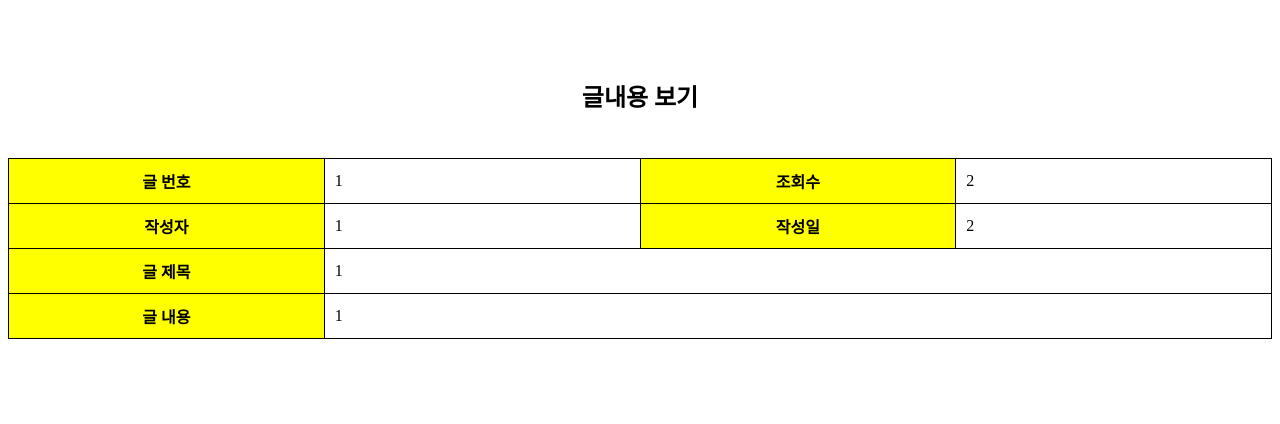
Repository: dlswn666/SpringStudy
Page: http://localhost/boardMVC/WEB-INF/jsp/board/context.jsp
An editor plug-in stored every save of this project. The page is shown before and after the next save, followed by the edit.
The browser window is 1280 px wide. The pictures show the whole page.
The page is served by Tomcat 9. Nobody is signed in. Other server files are loaded and not shown. The template is opened directly, without the code that normally fills it, so the values that code supplies are empty.

Above is the page before, as saved 2021-02-28 06:04:43.

### boardMVC/WebContent/WEB-INF/jsp/board/context.jsp
<%@ page language="java" contentType="text/html; charset=UTF-8"
    pageEncoding="UTF-8"%>
<!DOCTYPE html>
<html>
<head>
<meta charset="UTF-8">
<title>Insert title here</title>
<style type="text/css">
	.readInfo{
		padding-top : 50px;
		height: 100px;
		width : 200px;
	}

	table {
		border: 1px solid black;
		width: 100%;
		 border-collapse: collapse;
	}
	th{
		border: 1px solid black;
		background-color: yellow;
		width: 25%;
		 padding: 10px;
	}
	td{
		border: 1px solid black;
		width: 25%;
		 padding: 10px;
	}
</style>

</head>
<body>
	<div align="center">
		<div class="readInfo">
			<h2> 글내용 보기</h2>
		</div>
		<table boarder="1px" >
			<tr>
				<th>글 번호</th>
				<td><%=1 %></td>
				<th>조회수</th>
				<td><%=2 %></td>
			</tr>
			<tr>
				<th>작성자</th>
				<td><%=1 %></td>
				<th>작성일</th>
				<td><%=2 %></td>
			</tr>
			<tr>
				<th>글 제목</th>
				<td colspan="3">1</td>
			</tr>
			<tr>
				<th>글 내용</th>
				<td colspan="3">1</td>
			</tr>
			<tr>

			</tr>
		</table>

	</div>
</body>
</html>

After the next save:
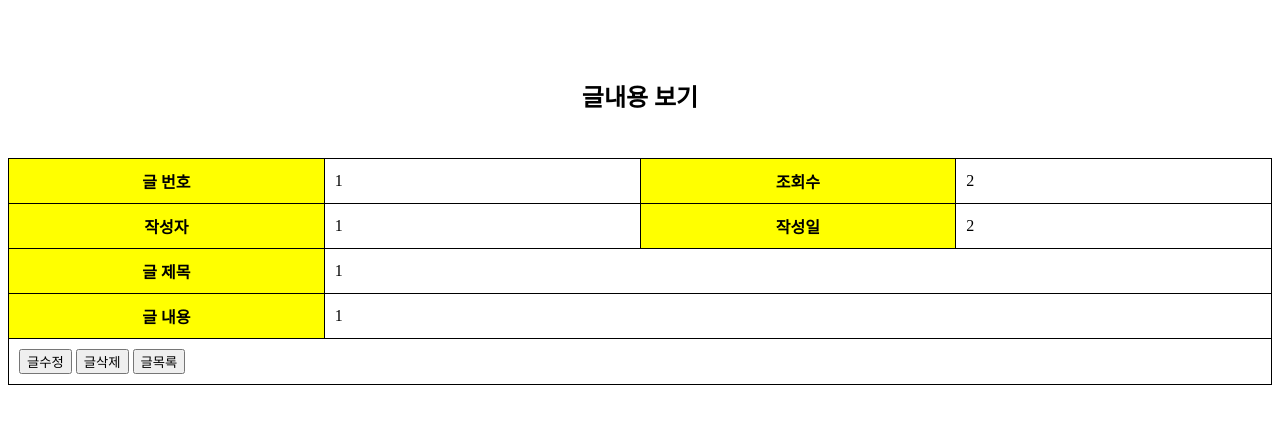
Saved 2 min 1 s later.
--- a/boardMVC/WebContent/WEB-INF/jsp/board/context.jsp
+++ b/boardMVC/WebContent/WEB-INF/jsp/board/context.jsp
@@ -58,6 +58,10 @@
 				<td colspan="3">1</td>
 			</tr>
 			<tr>
+				<td colspan="4"> <input type="button" value="글수정">
+								 <input type="button" value="글삭제">
+								 <input type="button" value="글목록">
+				</td>
 
 			</tr>
 		</table>
